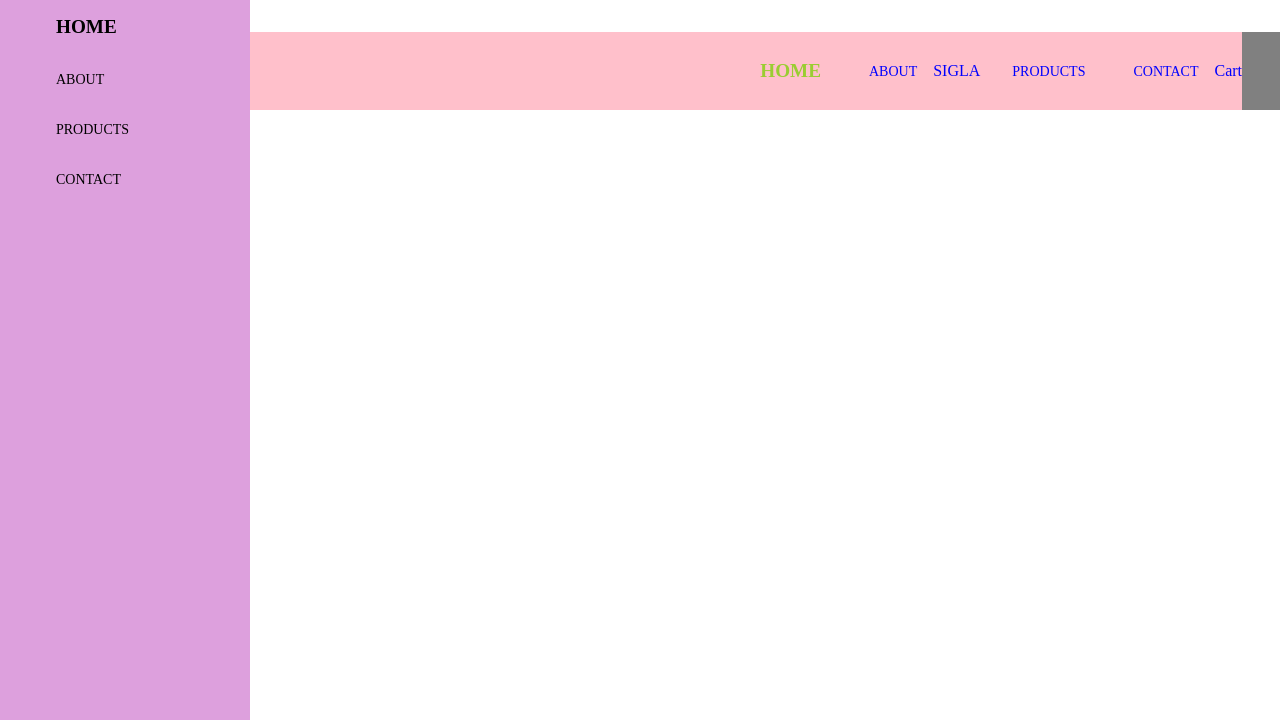
Repository: RalucaZota/cakeshop
Page: /
These files come from the project's save history. The page is drawn as it stood at one moment and after the next save; the edit follows.
The browser window is 1280 px wide. The pictures show the whole page.
The project was rebuilt for these pictures with package versions that can differ from the ones it lists, and the page was loaded fresh each time. Also part of the build but not shown: vite.config.js, src/views/Products.vue, src/views/About.vue, src/views/Contact.vue.

Above is the page before, as saved 2023-06-02 19:21:50.

### src/main.js
import './assets/main.css'

import { createApp } from 'vue'
import App from './App.vue'
import router from './router'
/* import the fontawesome core */
import { library } from '@fortawesome/fontawesome-svg-core'

/* import font awesome icon component */
import { FontAwesomeIcon } from '@fortawesome/vue-fontawesome'

/* import specific icons */
import { faBars } from '@fortawesome/free-solid-svg-icons'

/* add icons to the library */
library.add(faBars)

createApp(App)
.component('font-awesome-icon', FontAwesomeIcon).use(router)
.mount('#app')

### src/assets/main.css
@import './base.css';

#app {
  margin: 0 auto;
  padding: 2rem;

  font-weight: normal;
}

### src/App.vue
<script setup>
import Navbar from "./components/Navbar.vue"

</script>

<template>
<navbar/>
</template>

<style scoped>

</style>

### src/router/index.js
import { createRouter, createWebHistory } from 'vue-router'

const router = createRouter({
  history: createWebHistory(import.meta.env.BASE_URL),
  routes: [
    {
      path: '/',
      name: 'home',
      component: () => import('../views/Home.vue')
    },
    { path: '/about', name: 'about', component: () => import('../views/About.vue') },
    { path: '/products', name: 'products', component: () => import('../views/Products.vue') },
    { path: '/contact', name: 'contact', component: () => import('../views/Contact.vue') }
    // route level code-splitting
    // this generates a separate chunk (About.[hash].js) for this route
    // which is lazy-loaded when the route is visited.
  ]
})

export default router

### src/assets/base.css
/* color palette from <https://github.com/vuejs/theme> */
:root {
  --vt-c-white: #ffffff;
  --vt-c-white-soft: #f8f8f8;
  --vt-c-white-mute: #f2f2f2;

  --vt-c-black: #181818;
  --vt-c-black-soft: #222222;
  --vt-c-black-mute: #282828;

  --vt-c-indigo: #2c3e50;

  --vt-c-divider-light-1: rgba(60, 60, 60, 0.29);
  --vt-c-divider-light-2: rgba(60, 60, 60, 0.12);
  --vt-c-divider-dark-1: rgba(84, 84, 84, 0.65);
  --vt-c-divider-dark-2: rgba(84, 84, 84, 0.48);

  --vt-c-text-light-1: var(--vt-c-indigo);
  --vt-c-text-light-2: rgba(60, 60, 60, 0.66);
  --vt-c-text-dark-1: var(--vt-c-white);
  --vt-c-text-dark-2: rgba(235, 235, 235, 0.64);
}

/* semantic color variables for this project */
:root {
  --color-background: var(--vt-c-white);
  --color-background-soft: var(--vt-c-white-soft);
  --color-background-mute: var(--vt-c-white-mute);

  --color-border: var(--vt-c-divider-light-2);
  --color-border-hover: var(--vt-c-divider-light-1);

  --color-heading: var(--vt-c-text-light-1);
  --color-text: var(--vt-c-text-light-1);

  --section-gap: 160px;
}

@media (prefers-color-scheme: dark) {
  :root {
    --color-background: var(--vt-c-black);
    --color-background-soft: var(--vt-c-black-soft);
    --color-background-mute: var(--vt-c-black-mute);

    --color-border: var(--vt-c-divider-dark-2);
    --color-border-hover: var(--vt-c-divider-dark-1);

    --color-heading: var(--vt-c-text-dark-1);
    --color-text: var(--vt-c-text-dark-2);
  }
}

*,
*::before,
*::after {
  box-sizing: border-box;
  margin: 0;
  font-weight: normal;
}

### src/components/Navbar.vue
<template>
  <header :class="{ 'scrolled-nav': scrollPosition }">
    <nav >
      <ul class="navigation" v-show="!mobile">
        <li>
          <RouterLink active-class="active" :to="{ name: 'home' }" class=" link"
            >Home</RouterLink
          >
        </li>
        <li>
          <RouterLink active-class="active" :to="{ name: 'about' }" class=" link"
            >About</RouterLink
          >
        </li>
        <div class="branding">SIGLA</div>
        <li>
          <RouterLink active-class="active" :to="{ name: 'products' }" class=" link"
            >Products</RouterLink
          >
        </li>
        <li>
          <RouterLink active-class="active" :to="{ name: 'contact' }" class=" link"
            >Contact</RouterLink
          >
        </li>
        <div class="nav-elements cart">Cart</div>
      </ul>
        <div class="icon">
          <font-awesome-icon icon="fa-solid fa-bars" size="lg" @click="toggleMobileNav" v-show="mobile" class="far fa-bars" :class="{'icon-active': mobileNav}"/>
        </div>
      <transition name="mobile-nav">
        <ul v-show="mobileNav" class="dropdown-nav">
          <li>
            <RouterLink active-class="active" :to="{ name: 'home' }" class="link"
              >Home</RouterLink
            >
          </li>
          <li>
            <RouterLink active-class="active" :to="{ name: 'about' }" class=" link"
              >About</RouterLink
            >
          </li>
          <li>
            <RouterLink active-class="active" :to="{ name: 'products' }" class=" link"
              >Products</RouterLink
            >
          </li>
          <li>
            <RouterLink active-class="active" :to="{ name: 'contact' }" class=" link"
              >Contact</RouterLink
            >
          </li>
        </ul>
      </transition>
    </nav>
  </header>

  <RouterView />
</template>
<script>
import { RouterLink, RouterView } from 'vue-router'
import Home from '../views/Home.vue'
import Products from '../views/Products.vue'
import About from '../views/About.vue'
import Contact from '../views/Contact.vue'
export default {
  name: 'navbar',
  components: {
    Home,
    Products,
    About,
    Contact
  },
  data(){
    return {
      scrollPosition: null,
      mobile: null,
      mobileNav: true,
      windowWidth: null
    }
  },
  methods:{
    toggleMobileNav(){
      this.mobileNav = !this.mobileNav

    }
  }
}
</script>
<style lang="scss">
@import '../styles/Navbar.scss';
</style>

### src/views/Home.vue
<template>
    <div>
        <h1>HOME</h1>
    </div>
</template>
<script>
export default {
    components:{
        name: 'home'
    }
}
</script>

### src/styles/Navbar.scss
header{
    width: 100%;
    position: fixed;
    transition: 0.5s ease all;
    background-color: gray;
    z-index: 99;
    color: white;
    nav{
        display: flex;
        align-items: center;
        justify-content: space-evenly;
        flex-direction: row;
        background-color: pink;
        transition: 0.5s ease all;
        padding: 12px 0;
        width: 90%;
        margin: 0 auto;
        text-decoration: none;
        position: relative;


        @media (min-width: 1140px) {
            max-width: 1140px;
        }
        ul,
        .link {
            font-weight: 500;
            color: blue;
            list-style: none;
            text-decoration: none;
        }
        li {
            text-transform: uppercase;
            padding: 16px;
            margin-left: 16px;
        }

        .link {
            font-size: 14px;
            transition: 0.5s ease all;
            padding-bottom: 4px;
            border-bottom:  1px solid transparent;
            &:hover {
                color: aquamarine;
                border-color: purple;
            }
        }
        .branding {
            display: flex;
            align-items: center;

            // img {
            //     width: 50px;
            //     transition: .5s ease all;
            // }
        }

        .active{
        font-weight: bold;
        color: yellowgreen;
        font-weight: 600;
        text-decoration: none;
        font-size: larger;
        }
        .cart{
        // position: absolute;
        // right: 5%;
    }
    .navigation {
        display: flex;
        align-items: center;
        flex: 1;
        justify-content: flex-end;
    }
    .icon{
        display: flex;
        align-items: center;
        position: absolute;
        top: 0;
        left: 24px;
        height: 100%;
        i{
            cursor: pointer;
            font-size: 24px;
            transition: .8s ease all;
        }
    }
    .icon-active{
        transform: rotate(180deg);
    }
    .dropdown-nav{
        display: flex;
        flex-direction: column;
        position: fixed;
        width: 100%;
        max-width: 250px;
        height: 100%;
        background-color: plum;
        top: 0;
        left: 0;
        li{
            margin-left: 0;
            .link{
                color: black;
            }
        }

    }

}
}

Loaded but not shown: index.html (common file)

After the next save:
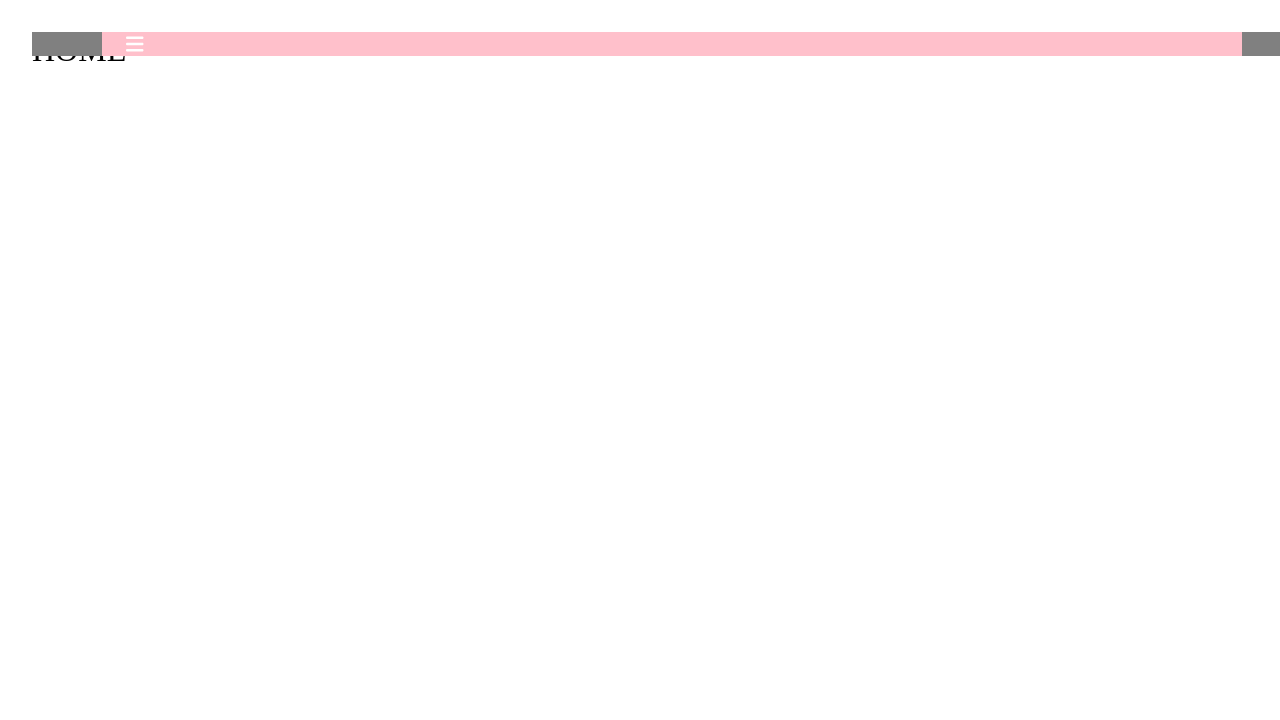
Saved 48 s later.
--- a/src/components/Navbar.vue
+++ b/src/components/Navbar.vue
@@ -74,8 +74,8 @@ export default {
   data(){
     return {
       scrollPosition: null,
-      mobile: null,
-      mobileNav: true,
+      mobile: true,
+      mobileNav: null,
       windowWidth: null
     }
   },
